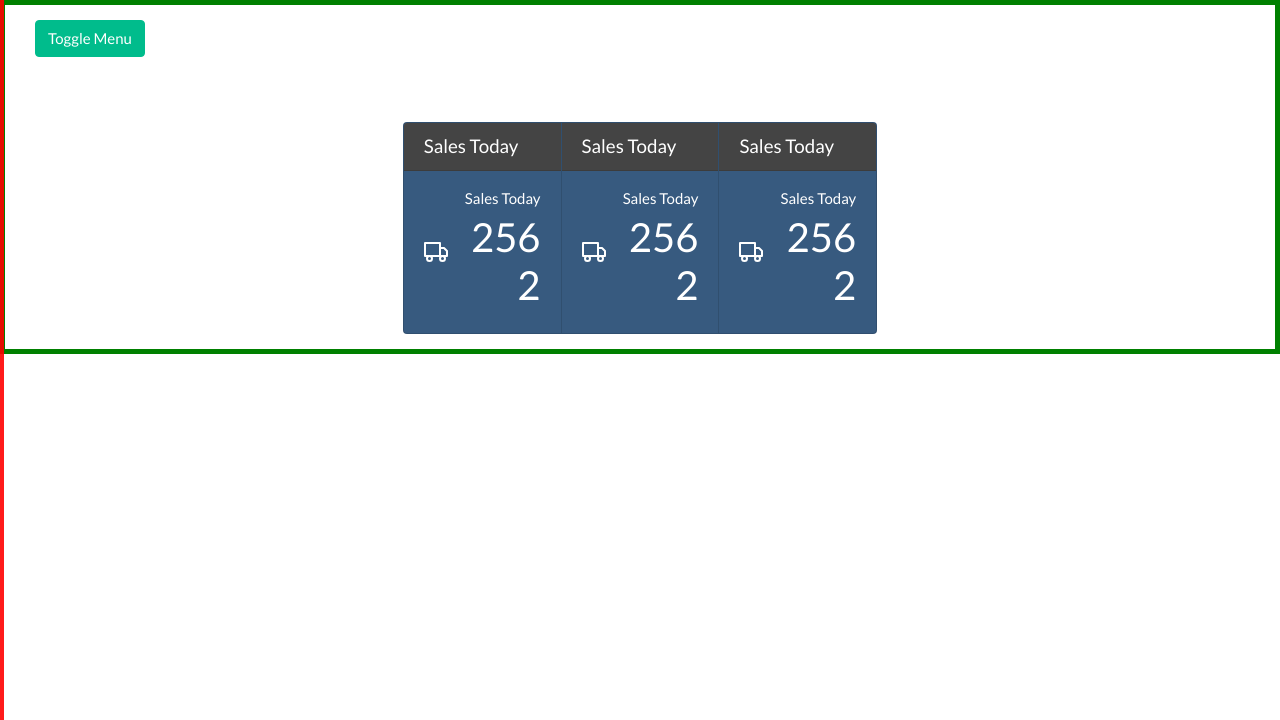
Repository: valenovi76/Delivery-Dashboard
Page: Index.html
The author's editor kept a record of every edit. The page is drawn from the files as they stood at one moment, then again after the next edit.
The browser window is 1280 px wide. The pictures show the whole page.
Some web libraries are served in a nearby version.

Above is the page before.
Console error: TypeError: Cannot read properties of null (reading 'textContent')

### Index.html
<!DOCTYPE html>
<html lang="en">
<head>
    <meta charset="UTF-8">
    <meta name="viewport" content="width=device-width, initial-scale=1.0">
    <meta http-equiv="X-UA-Compatible" content="ie=edge">

    <link rel="stylesheet" href="static/css/bootstrap.min.css" type="text/css" />
    <link rel="stylesheet" href="static/css/dc.min.css" type="text/css" />
    <link href="vendor/fontawesome-free/css/all.min.css" rel="stylesheet" type="text/css">
    <script type="text/javascript" src="static/js/d3.min.js"></script>
    <script type="text/javascript" src="static/js/crossfilter.min.js"></script>
    <script type="text/javascript" src="static/js/dc.min.js"></script>
    <script type="text/javascript" src="static/js/queue.min.js"></script>
    <script type="text/javascript" src="static/js/graphs.js"></script>
    <script src="https://ajax.googleapis.com/ajax/libs/jquery/1.11.3/jquery.min.js"></script>
    <script src="http://maxcdn.bootstrapcdn.com/bootstrap/3.3.4/js/bootstrap.min.js"></script>
    <link rel="stylesheet" href="static/css/style.css" type="text/css" />
    <title>Daily Delivery Dashboard</title>

</head>
<body>

    <div id="wrapper">

        <!-- Sidebar -->
        <div id="sidebar-wrapper">
            <ul class="sidebar-nav">
                <li><a href="#">Account</a></li>
                <li><a href="#">Settings</a></li>
                <li><a href="#">Logout</a></li>
            </ul>
        </div>

        <!-- Page content -->
        <div id="page-content-wrapper">
            <div class="container-fluid">
                <div class="row">
                    <div class="col-lg-12">
                        <a href="#" class="btn btn-success" id="menu-toggle">Toggle Menu</a>
                            <h1>Delivery KPIs Dashboard</h1>
                            <div class="row">
                              <div class="card-group mx-auto">
                                    <div class="card flex-fill bg-primary text-white">
                											<div class="card-header">
                												<h5 class="card-title text-white mb-0">Sales Today</h5>
                											</div>
                    											<div class="card-body py-3">
                    												<div class="row no-gutters">
                    													<div class="col-4 align-self-center text-left">
                    														<div class="icon icon-primary">
                    															<svg xmlns="http://www.w3.org/2000/svg" width="24" height="24" viewBox="0 0 24 24" fill="none" stroke="currentColor" stroke-width="2" stroke-linecap="round" stroke-linejoin="round" class="feather feather-truck align-middle"><rect x="1" y="3" width="15" height="13"></rect><polygon points="16 8 20 8 23 11 23 16 16 16 16 8"></polygon><circle cx="5.5" cy="18.5" r="2.5"></circle><circle cx="18.5" cy="18.5" r="2.5"></circle></svg>
                    														</div>
                    													</div>
                    													<div class="col-8 align-self-center text-right">
                    														<p class="text-white mb-1">Sales Today</p>
                    														<h2 class="text-white">2562</h2>
                    													</div>
                    												</div>
                    											</div>
                    										</div>
                                    <div class="card flex-fill bg-primary text-white">
                											<div class="card-header">
                												<h5 class="card-title text-white mb-0">Sales Today</h5>
                											</div>
                    											<div class="card-body py-3">
                    												<div class="row no-gutters">
                    													<div class="col-4 align-self-center text-left">
                    														<div class="icon icon-primary">
                    															<svg xmlns="http://www.w3.org/2000/svg" width="24" height="24" viewBox="0 0 24 24" fill="none" stroke="currentColor" stroke-width="2" stroke-linecap="round" stroke-linejoin="round" class="feather feather-truck align-middle"><rect x="1" y="3" width="15" height="13"></rect><polygon points="16 8 20 8 23 11 23 16 16 16 16 8"></polygon><circle cx="5.5" cy="18.5" r="2.5"></circle><circle cx="18.5" cy="18.5" r="2.5"></circle></svg>
                    														</div>
                    													</div>
                    													<div class="col-8 align-self-center text-right">
                    														<p class="text-white mb-1">Sales Today</p>
                    														<h2 class="text-white">2562</h2>
                    													</div>
                    												</div>
                    											</div>
                    										</div>
                                    <div class="card flex-fill bg-primary text-white">
                											<div class="card-header">
                												<h5 class="card-title text-white mb-0">Sales Today</h5>
                											</div>
                    											<div class="card-body py-3">
                    												<div class="row no-gutters">
                    													<div class="col-4 align-self-center text-left">
                    														<div class="icon icon-primary">
                    															<svg xmlns="http://www.w3.org/2000/svg" width="24" height="24" viewBox="0 0 24 24" fill="none" stroke="currentColor" stroke-width="2" stroke-linecap="round" stroke-linejoin="round" class="feather feather-truck align-middle"><rect x="1" y="3" width="15" height="13"></rect><polygon points="16 8 20 8 23 11 23 16 16 16 16 8"></polygon><circle cx="5.5" cy="18.5" r="2.5"></circle><circle cx="18.5" cy="18.5" r="2.5"></circle></svg>
                    														</div>
                    													</div>
                    													<div class="col-8 align-self-center text-right">
                    														<p class="text-white mb-1">Sales Today</p>
                    														<h2 class="text-white">2562</h2>
                    													</div>
                    												</div>
                    											</div>
                    										</div
                              </div>
                            </div>
                    </div>
                </div>
            </div>
        </div>

    </div>

    <!-- Menu toggle script -->
    <script>
        $("#menu-toggle").click( function (e){
            e.preventDefault();
            $("#wrapper").toggleClass("menuDisplayed");
        });
    </script>

</body>
</html>

### static/js/graphs.js
//load data
queue()
.defer(d3.csv, "/data/orders.csv")
.await(makeGraphs);


// Make graphs function
function makeGraphs(error, orderData) {

    var ndx = crossfilter(orderData);


orderData.forEach(function(d){
d.CT_Ex_Delayed_Days=parseInt(d.CT_Ex_Delayed_Days)})




    show_wip_group_selector(ndx);
    show_product_selector(ndx);
    show_project_selector(ndx);
    show_created(ndx);
    show_completed(ndx);
    show_order_order_type(ndx);
    show_ct_avg(ndx);
    show_SLT_perf(ndx);
    show_ontime_late(ndx);
    show_percent_RFT_OnTime(ndx);
    show_percent_CT_Pass(ndx);
    show_monthly_delivery(ndx);



    dc.renderAll();
}


//Selector js
function show_wip_group_selector(ndx){
    var dim = ndx.dimension(dc.pluck('Channel'));
    var group = dim.group();
    var select = dc.selectMenu("#wip_group_selector")
        .dimension(dim)
        .group(group);

}
function show_product_selector(ndx){
    var dim = ndx.dimension(dc.pluck('Product'));
    var group = dim.group();
    var select = dc.selectMenu("#product_selector")
        .dimension(dim)
        .group(group);

}
function show_project_selector(ndx){
    var dim=ndx.dimension(dc.pluck('Project'));
    var group= dim.group();
    var select = dc.selectMenu("#project_selector")
        .dimension(dim)
        .group(group);

}

// KPIS values -RFT %

function show_percent_RFT_OnTime(ndx) {
    var percentageThatAreOnTime = ndx.groupAll().reduce(
        function(p, v) {
            p.total++;
                if(v.On_Time === "On-Time") {
                    p.match++;
                }
                return p;
            },
            function (p, v) {
                p.total--;
                if(v.On_Time === "On-Time") {
                    p.match--;
                }
                return p;
            },
            function () {
                return {total: 0, match: 0};
            }
    );

    dc.numberDisplay("#RFTPerc")
        .formatNumber(d3.format(".1%"))
        .valueAccessor(function (d) {
            if (d.count == 0) {
                return 0;
            } else {
                return ( d.match/d.total );
            }
        })
        .group(percentageThatAreOnTime)
}

// KPIS values - CT %

function show_percent_CT_Pass(ndx) {
    var percentageThatArePassed = ndx.groupAll().reduce(
        function(p, v) {
            p.total++;
                if(v.SLT_Status === "Pass") {
                    p.match++;
                }
                return p;
            },
            function (p, v) {
                p.total--;
                if(v.SLT_Status === "Pass") {
                    p.match--;
                }
                return p;
            },
            function () {
                return {total: 0, match: 0};
            }
    );

    dc.numberDisplay("#CTPerc")
        .formatNumber(d3.format(".1%"))
        .valueAccessor(function (d) {
            if (d.count == 0) {
                return 0;
            } else {
                return ( d.match/d.total );
            }
        })
        .group(percentageThatArePassed)
}

//KPIS values - Monthly deliveries
function show_monthly_delivery(ndx){
    var avgMonthlyDeliveries = ndx.groupAll().reduce(
        function(p, v) {
            p.total++;
                if(v.Order_Status === "Completed") {
                    p.match++;
                }
                return p;
            },
            function (p, v) {
                p.total--;
                if(v.Order_Status === "Completed") {
                    p.match--;
                }
                return p;
            },
            function () {
                return {total: 0, match: 0};
            }
    );

    dc.numberDisplay("#avg_monthly_delivery")
        .formatNumber(d3.format(".1f"))
        .valueAccessor(function (d) {
            if (d.total == 0) {
                return 0;
            } else {
                return ( d.match/6 );
            }
        })
        .group(avgMonthlyDeliveries)
}


//created line js
function show_created(ndx) {
var dim = ndx.dimension(dc.pluck('Created_Month'));
var group =dim.group();

dc.lineChart("#created")
.width(400)
.height(300)
.margins({top: 30, right: 40, bottom: 50, left: 50})
.dimension(dim)
.group(group)
.transitionDuration(500)
.x(d3.scale.ordinal())
.xUnits(dc.units.ordinal)
.elasticY(true)
.xAxisLabel("FY 2019-2020 Month")
.yAxis().ticks(20);
 }

//completed line js
function show_completed(ndx) {
var dim = ndx.dimension(dc.pluck('Completed_Month'));
var group = dim.group();

dc.lineChart("#completed")

.width(400)
.height(300)
.margins({top: 30, right: 40, bottom: 50, left: 50})
.dimension(dim)
.group(group)
.transitionDuration(500)
.x(d3.scale.ordinal())
.xUnits(dc.units.ordinal)
.elasticY(true)
.xAxisLabel("FY 2019-2020 Month")
.yAxis().ticks(20);
 }

//WIP pie js
function show_order_order_type(ndx) {
    var dim = ndx.dimension(dc.pluck('Order_Type'));
    var group = dim.group();


    dc.pieChart("#order_type")

        .width(400)
        .height(300)
        .slicesCap(4)
        .innerRadius(100)
        .dimension(dim)
        .group(group)
        .legend(dc.legend())

}
//CT Avg line js
function show_ct_avg(ndx){
var dim = ndx.dimension(dc.pluck("Completed_Month"));

function add_item(p,v){
p.count ++;
p.total += v.CT_Ex_Delayed_Days;
p.average = p.total/p.count;
return p;
}
function remove_item(p,v){
p.count--;
if(p.count==0){
p.total=0;
p.average=0;}else{
p.total -= v.CT_Ex_Delayed_Days;
p.average = p.total/p.count;
}
return p;
}
function initialise(){
    return{count:0, total:0, average:0};
}


var group= dim.group().reduce(add_item,remove_item,initialise);


dc.lineChart("#ct_avg")
.width(400)
.height(300)
.margins({top: 10, right: 50, bottom: 30, left: 50})
.dimension(dim)
.group(group)
.valueAccessor(function(d){
return d.value.average})
.transitionDuration(500)
.x(d3.scale.ordinal())
.xUnits(dc.units.ordinal)
.elasticY(true)
.xAxisLabel("FY 2019-2020 Month")
.yAxis().ticks(20);

}
//CT perf js
function show_SLT_perf(ndx){

    function SLTPerfByMonth(dimension, SLT_Status) {
        return dimension.group().reduce(
            function (p, v) {
                p.total++;
                if(v.SLT_Status == SLT_Status) {
                    p.match++;
                }
                return p;
            },
            function (p, v) {
                p.total--;
                if(v.SLT_Status == SLT_Status) {
                    p.match--;
                }
                return p;
            },
            function () {
                return {total: 0, match: 0};
            }
        );
    }

    var dim = ndx.dimension(dc.pluck("Completed_Month"));
    var PassByMonth = SLTPerfByMonth(dim, "Pass");
    var FailByMonth = SLTPerfByMonth(dim, "Fail");

    dc.barChart("#ct_perf")
        .width(400)
        .height(300)
        .dimension(dim)
        .group(PassByMonth, "Pass")
        .stack(FailByMonth, "Fail")
        .valueAccessor(function(d) {
            if(d.value.total > 0) {
                return (d.value.match / d.value.total) * 100;
            } else {
                return 0;
            }
        })
        .x(d3.scale.ordinal())
        .xUnits(dc.units.ordinal)
        .legend(dc.legend().x(320).y(20).itemHeight(15).gap(5))
        .margins({top: 10, right: 100, bottom: 30, left: 30});
}

  //On time vs Late stacked-bars graph

   function show_ontime_late(ndx) {

    function RFTPerfByMonth(dimension, On_Time) {
        return dimension.group().reduce(
            function (p, v) {
                p.total++;
                if(v.On_Time == On_Time) {
                    p.match++;
                }
                return p;
            },
            function (p, v) {
                p.total--;
                if(v.On_Time == On_Time) {
                    p.match--;
                }
                return p;
            },
            function () {
                return {total: 0, match: 0};
            }
        );
    }

    var dim = ndx.dimension(dc.pluck("Completed_Month"));
    var OnTimeByMonth = RFTPerfByMonth(dim, "On-Time");
    var LateByMonth = RFTPerfByMonth(dim, "Late");

    dc.barChart("#ontime_perf")
        .width(400)
        .height(300)
        .dimension(dim)
        .group(OnTimeByMonth, "On-Time")
        .stack(LateByMonth, "Late")
        .valueAccessor(function(d) {
            if(d.value.total > 0) {
                return (d.value.match / d.value.total) * 100;
            } else {
                return 0;
            }
        })
        .x(d3.scale.ordinal())
        .xUnits(dc.units.ordinal)
        .legend(dc.legend().x(320).y(20).itemHeight(15).gap(5))
        .margins({top: 10, right: 100, bottom: 30, left: 30});
   }

### static/css/style.css
body {
    background-color: white;
}

#sidebar-wrapper{
    z-index: 1;
    position:absolute;
    width:0;
    height:100%;
    overflow-y: hidden;
    background-color:#2C3E50;
    border:2px solid red;
    opacity:0.9;
}

/* main content*/
#page-content-wrapper{
    width:100%;
    position:absolute;
    padding:15px;
    border:5px solid green;
}

/*change the width of the display*/
#wrapper.menudisplayed #sidewrapper{
    width:250px;
}

#wrapper.menudisplayed #page-content-wrapper{
    padding-left:250px;
}

/*sidebar styling*/
.sidebar-nav{
    padding:0;
    list-style: none;
}

.sidebar-nav li{
    text-indent:20px;
    line-height: 40px
}

.sidebar-nav li a{
    display:block;
    text-decoration: none;
    color:#ddd;

}

.sidebar-nav li a:hover{
    background:#16A085;
}





.kpi {
    color:green;
    background-color:white;
}

Loaded but not shown: static/css/bootstrap.min.css (library); static/css/dc.min.css (library); static/js/d3.min.js (library); static/js/crossfilter.min.js (library); static/js/dc.min.js (library); static/js/queue.min.js (common file)

After the next edit:
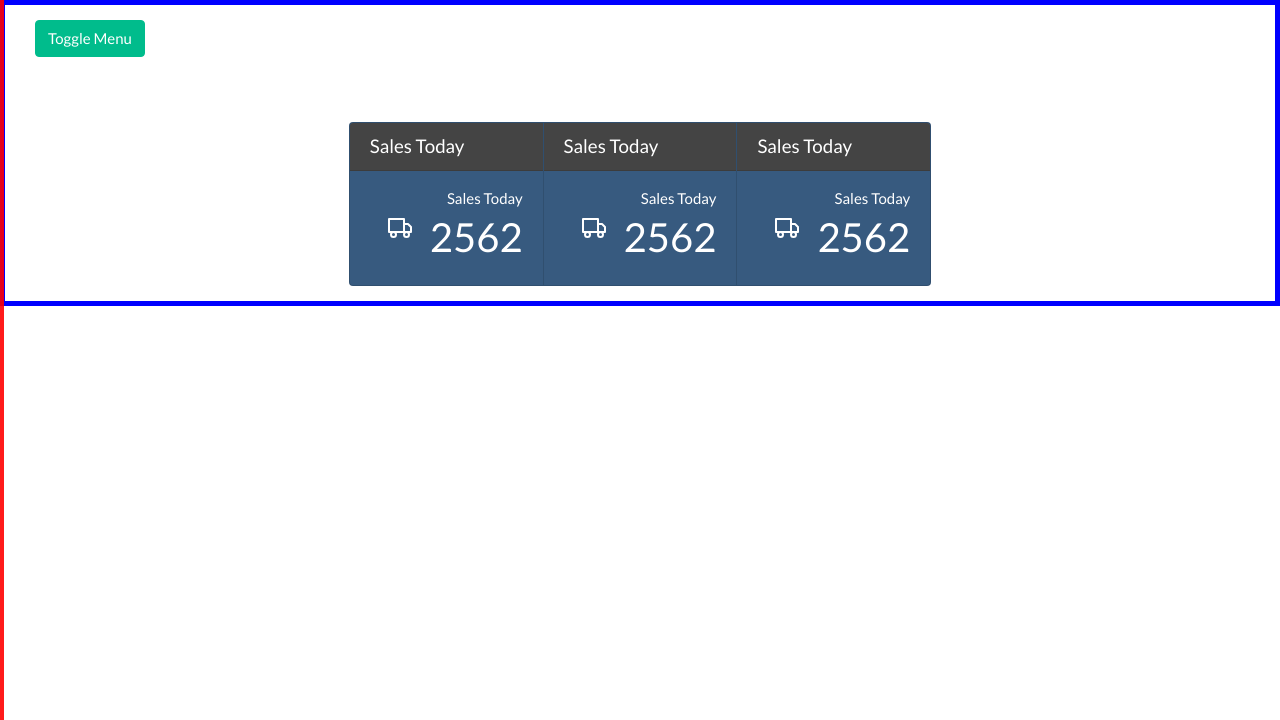
The edit:
--- a/static/css/style.css
+++ b/static/css/style.css
@@ -1,62 +1,66 @@
-body {
-    background-color: white;
+/* Sidebar */
+#sidebar-wrapper {
+    z-index: 1;
+    position: absolute;
+    width: 0;
+    height: 100%;
+    overflow-y: hidden;
+    background: #2C3E50;
+    border: 2px solid red;
+    opacity: 0.9;
 }
 
-#sidebar-wrapper{
-    z-index: 1;
-    position:absolute;
-    width:0;
-    height:100%;
-    overflow-y: hidden;
-    background-color:#2C3E50;
-    border:2px solid red;
-    opacity:0.9;
+/* Always take up entire screen */
+#page-content-wrapper {
+    width: 100%;
+    position: absolute;
+    padding: 15px;
+    border: 5px solid blue;
 }
 
-/* main content*/
-#page-content-wrapper{
-    width:100%;
-    position:absolute;
-    padding:15px;
-    border:5px solid green;
+
+/* Change with of sidebar from 0 to 250px */
+#wrapper.menuDisplayed #sidebar-wrapper {
+    width: 250px;
 }
 
-/*change the width of the display*/
-#wrapper.menudisplayed #sidewrapper{
-    width:250px;
+/* Since we added left padding, we need to shrink the width by 250px */
+#wrapper.menuDisplayed #page-content-wrapper {
+    padding-left: 250px;
 }
 
-#wrapper.menudisplayed #page-content-wrapper{
-    padding-left:250px;
-}
 
-/*sidebar styling*/
-.sidebar-nav{
-    padding:0;
+/* Sidebar styling - the entire ul list */
+.sidebar-nav {
+    padding: 0;
     list-style: none;
 }
 
-.sidebar-nav li{
-    text-indent:20px;
-    line-height: 40px
+.sidebar-nav li {
+    text-indent: 20px;
+    line-height: 40px;
 }
 
-.sidebar-nav li a{
-    display:block;
+.sidebar-nav li a {
+    display: block;
     text-decoration: none;
-    color:#ddd;
-
+    color: #ddd;
 }
 
-.sidebar-nav li a:hover{
-    background:#16A085;
+.sidebar-nav li a:hover {
+    background: #16A085;
 }
 
+/*Cards style*/
+.card{
+    display:block;
+}
 
-
-
-
-.kpi {
-    color:green;
-    background-color:white;
+.icon {
+    width: 60px !important;
+    height: 60px !important;
+    line-height: 52px;
+    text-align: center;
+    font-size: 2rem;
+    margin: .5rem 0;
 }
